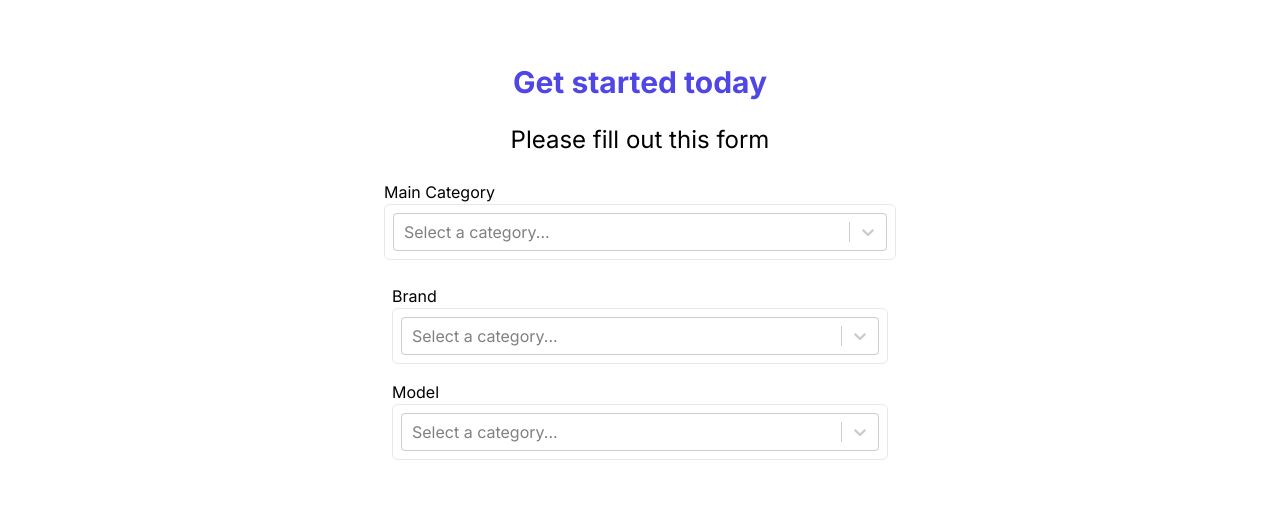
Repository: abdulrahmanmahmood/Mazaady-Portal-Frontend-Task-react-next--1
Page: /
The author's editor kept a copy of each file at every save. The page is drawn from the files as they stood at one save, then again after the next save.
The browser window is 1280 px wide. The pictures show the whole page.
The page's requests for data from a server got no answer. The project was rebuilt for these pictures with package versions that can differ from the ones it lists, and the page was loaded fresh each time. The framework's server and built-in components were replaced by stand-ins that run in the browser. No one was signed in, and anything a server would have sent is missing. Also part of the build but not shown: next.config.mjs.

Above is the page before, as saved 2024-01-29 20:47:58.

After the next save:
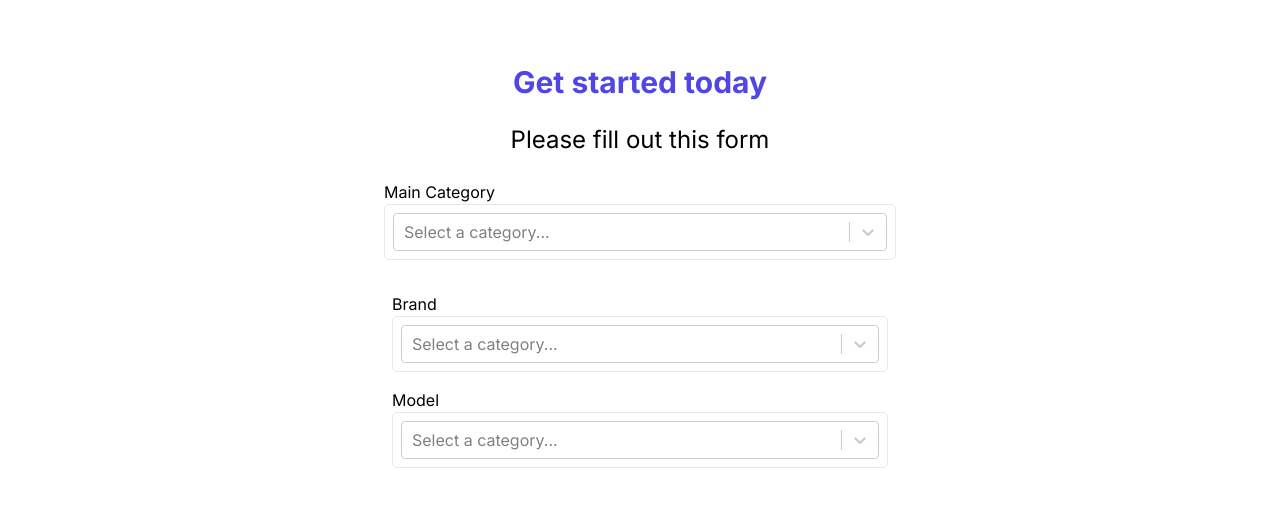
Saved 5 s later.
--- a/app/page.js
+++ b/app/page.js
@@ -143,7 +143,7 @@ export default function Home() {
           </>
         )}
 
-              <div  className="p-2 mt-3">
+              <div  className="p-2 mt-6">
                 <Cars carsBrand={CarBrand} carsModels={CarModel}/>
               </div>
 
